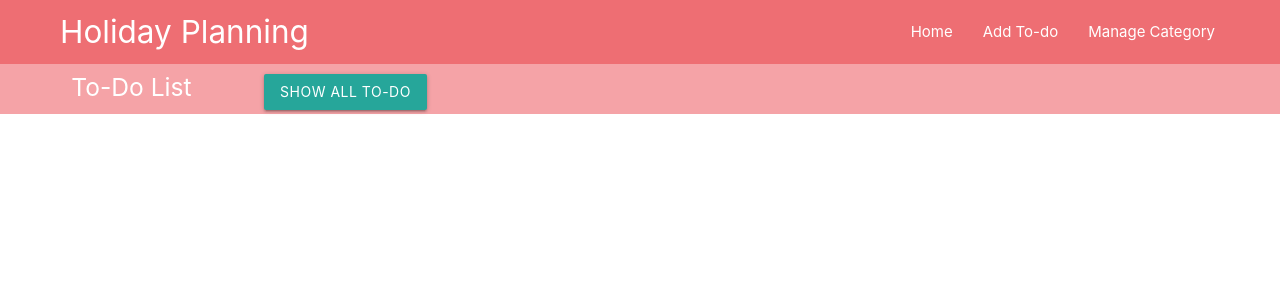
Repository: Code-Institute-Submissions/Project3-Holiday_Planning
Page: http://localhost/
The author's editor kept a record of every edit. The page is drawn from the files as they stood at one moment, then again after the next edit.
The browser window is 1280 px wide. The pictures show the whole page.
The page is served by the project's application, run on Flask 3 (app.py). Queries for data that is not in the repository find no rows.

Above is the page before.

After the next edit:
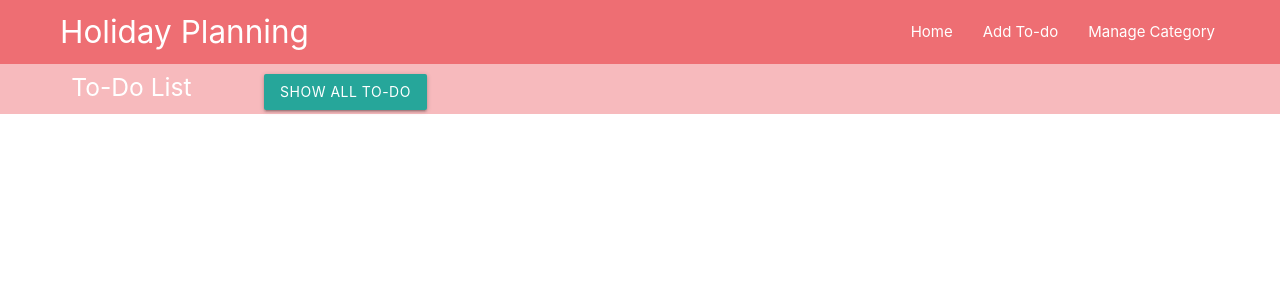
The edit:
--- a/static/css/style.css
+++ b/static/css/style.css
@@ -34,7 +34,7 @@
 .edit_category
 {
     height:45px;
-    background-color: #f5a3a7;
+    background-color: #f7babd;
     padding-top: 10px;
     margin-bottom: 30px;
     padding-bottom: 40px;
